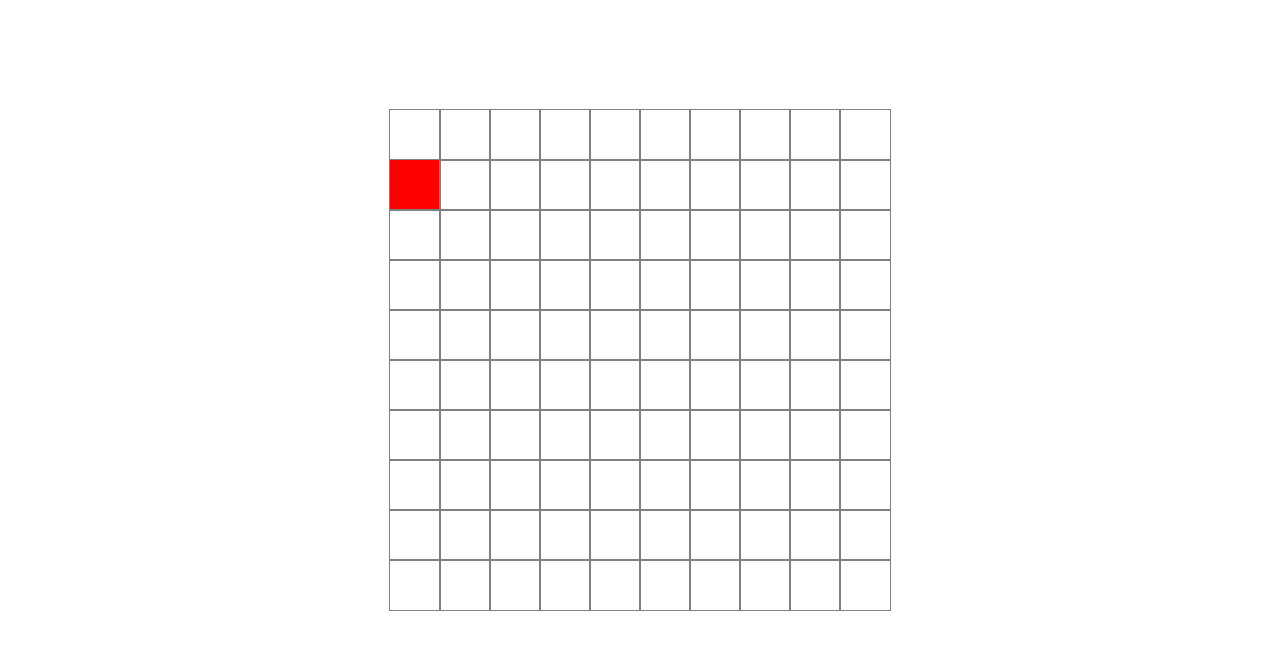
Repository: meills/react-snake
Page: /
These files come from the project's save history. The page is drawn as it stood at one moment and after a run of saves; the edit follows.
The browser window is 1280 px wide. The pictures show the whole page.
The project was rebuilt for these pictures with package versions that can differ from the ones it lists, and the page was loaded fresh each time. Also part of the build but not shown: src/styles/App.css.

Above is the page before, as saved 2020-06-09 15:02:47.

After the next 3 saves:
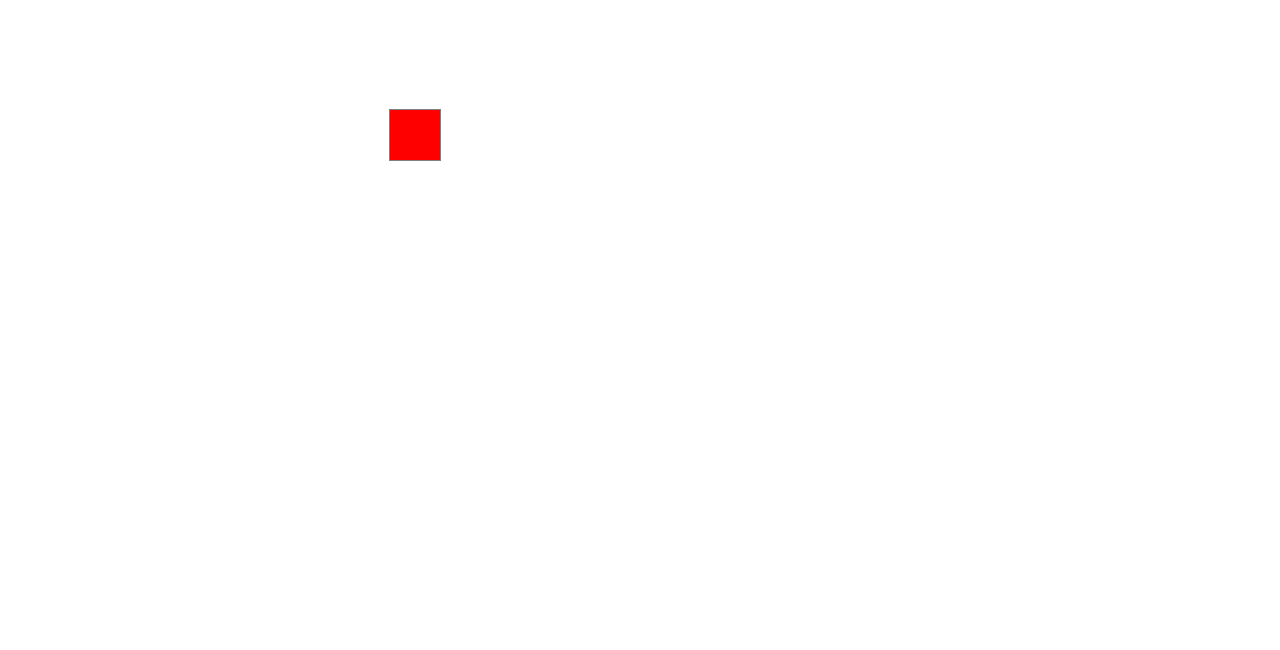
The 3 saves are shown as one change because 2 did not build or start.
The last was saved 51 s later.
--- a/src/components/Grid.js
+++ b/src/components/Grid.js
@@ -55,7 +55,7 @@
     render() {
         const gridItems = this.state.grid.map((grid) => {
             return <div key={grid.row.toString() + "," + grid.col.toString()}
-                        className={grid.isFood ? "grid-item is-food" : "grid-item"}>
+                        className={grid.isFood ? "grid-item is-food" : "grid-item" + grid.isHead? "snake-head" : "" }>
                     </div>;
         });
 

After the save that followed:
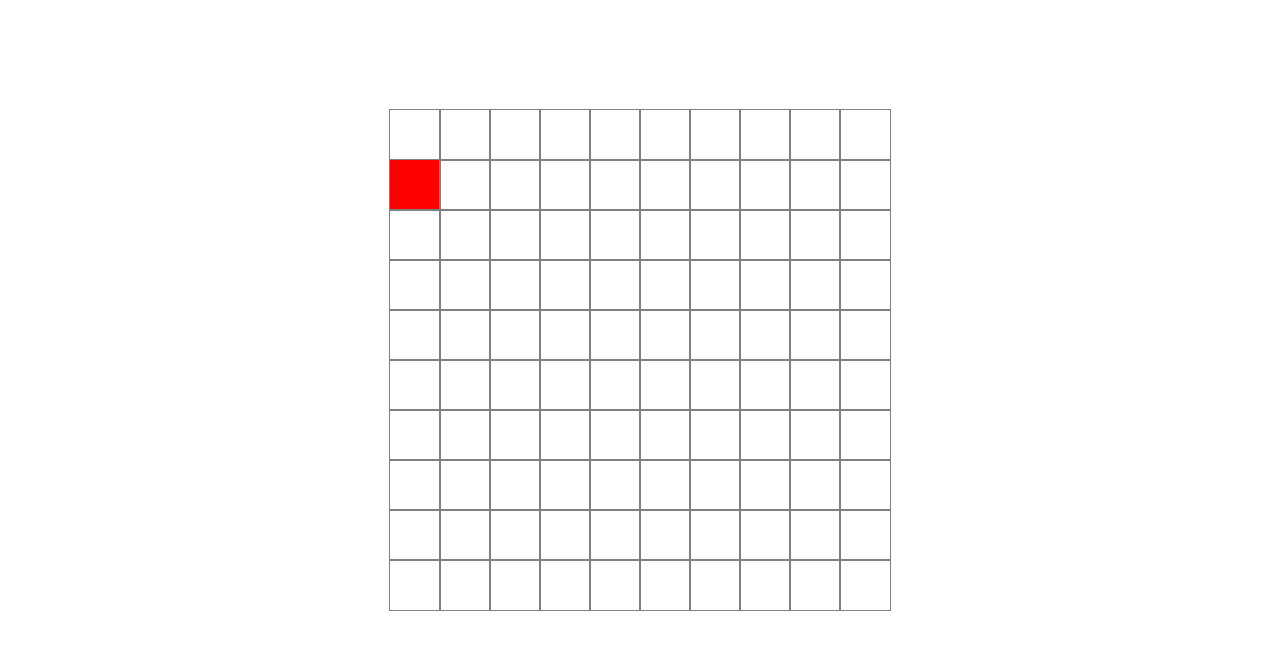
Saved 26 s later.
--- a/src/components/Grid.js
+++ b/src/components/Grid.js
@@ -55,7 +55,7 @@
     render() {
         const gridItems = this.state.grid.map((grid) => {
             return <div key={grid.row.toString() + "," + grid.col.toString()}
-                        className={grid.isFood ? "grid-item is-food" : "grid-item" + grid.isHead? "snake-head" : "" }>
+                        className={(grid.isFood ? "grid-item is-food" : "grid-item") + (grid.isHead ? "snake-head" : "") }>
                     </div>;
         });
 
